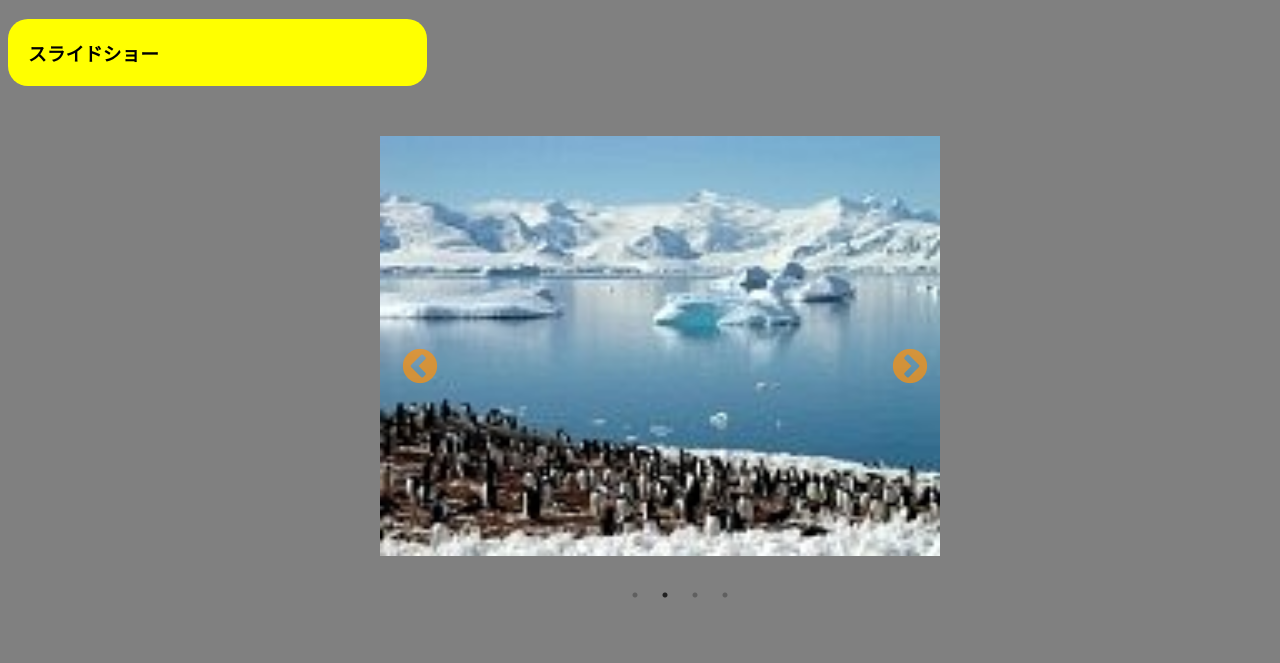
Repository: uemura-15/slideShow
Page: contents/index.html
The author's editor kept a record of every edit. The page is drawn from the files as they stood at one moment, then again after the next edit.
The browser window is 1280 px wide. The pictures show the whole page.

Above is the page before.

After the next edit:
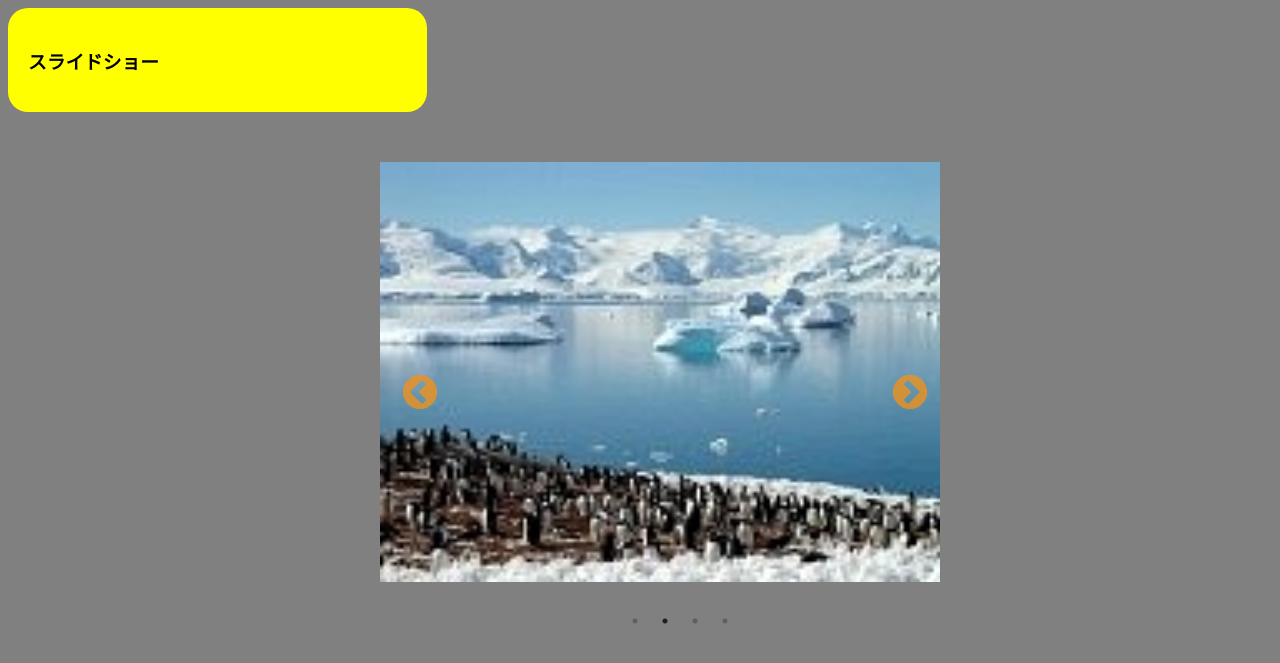
The edit:
--- a/contents/css/style.css
+++ b/contents/css/style.css
@@ -7,7 +7,7 @@
   width: 100%;
 }
 
-h3 {
+.font {
     width: 30%;
     padding: 20px;
     background-color: yellow;
